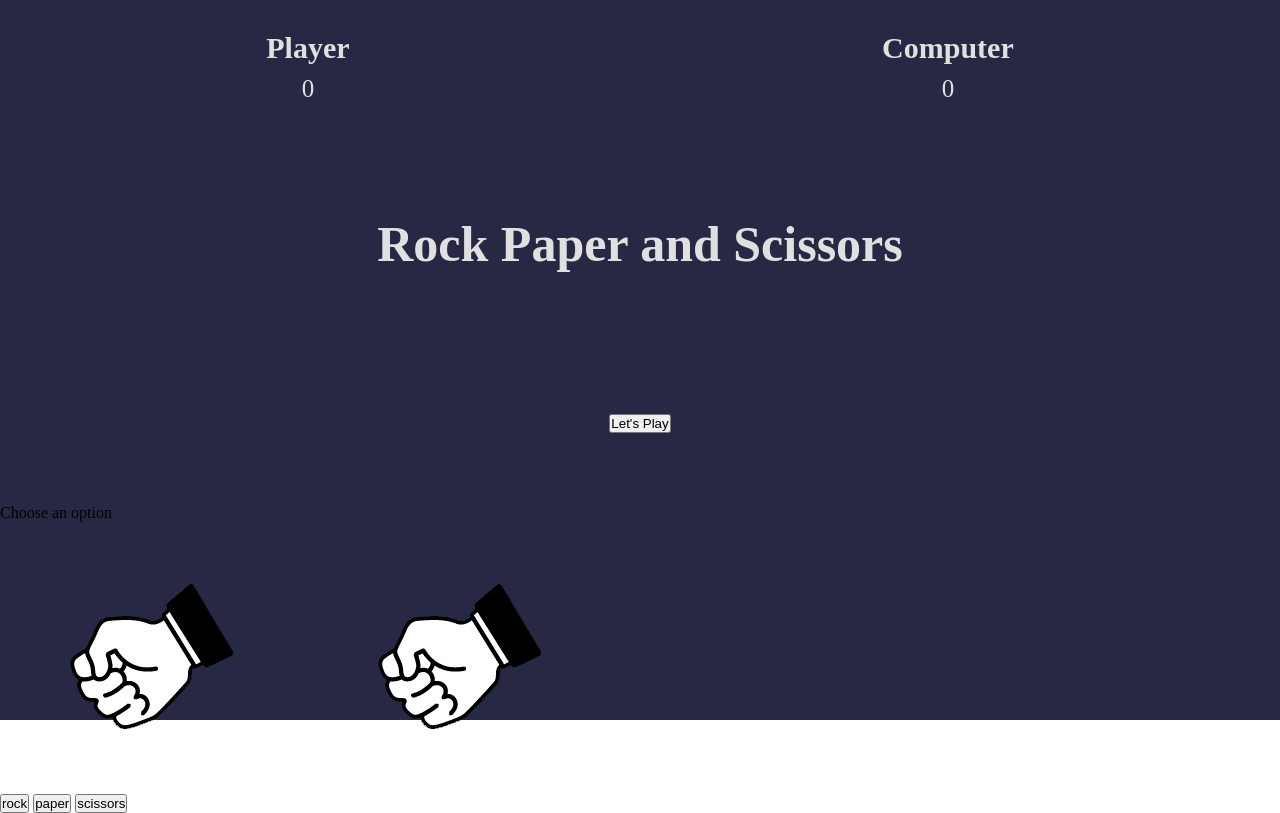
Repository: issaRan/Rock-Paper-Scissors
Page: index.html
These files come from the project's save history. The page is drawn as it stood at one moment and after the next save; the edit follows.
The browser window is 1280 px wide. The pictures show the whole page.

Above is the page before, as saved 2020-10-23 22:34:32.

### index.html
<!DOCTYPE html>
<html lang="en">
<head>
    <meta charset="UTF-8">
    <meta name="viewport" content="width=device-width, initial-scale=1.0">
    <title>Rock Paper Scissors</title>
    <link rel="stylesheet" href="./style.css">
    <script src="app.js"></script>
</head>
<body>
    <section class="game">
        <div class="score">
            <div class="player-score">
                <h2>Player</h2>
                <p>0</p>
            </div>
            <div class="computer-score">
                <h2>Computer</h2>
                <p>0</p>
            </div>
        </div>
        <div class="intro">
            <h1>Rock Paper and Scissors</h1>
            <button>Let's Play</button>
        </div>
        <div class="match">
            <div class="winner">Choose an option</div>
            <div class="hands">
                <img class="player-hand" src="assets/rock.png" alt="">
                <img class="computer-hand" src="assets/rock.png" alt="">
            </div>
            <div class="option"></div>
                <button class="rock">rock</button>
                <button class="paper">paper</button>
                <button class="scissors">scissors</button>
        </div>
    </section>
</body>
</html>

### style.css
*{
    margin: 0;
    padding: 0;
    box-sizing: border-box;
}

section{
    height: 100vh;
    background-color: rgba(39, 41, 68);
    font-family: 'Times New Roman', Times, serif;
}
.score{
    color: rgba(224, 224, 224);
    height: 20vh;
    display: flex;
    justify-content: space-around;
    align-items: center;
}
.score h2 {
    font-size: 30px;
}
.score p {
    text-align: center;
    padding: 10px;
    font-size: 25px;
}

.intro {
    color: rgba(224, 224, 224);
    height: 50vh;
    flex-direction: column;
    display: flex;
    align-items: center;
    justify-content: space-around;
}
.intro h1 {
    font-size: 50px;
}

Loaded but not shown: app.js (no copy from this time; the picture is the same without it)

After the next save:
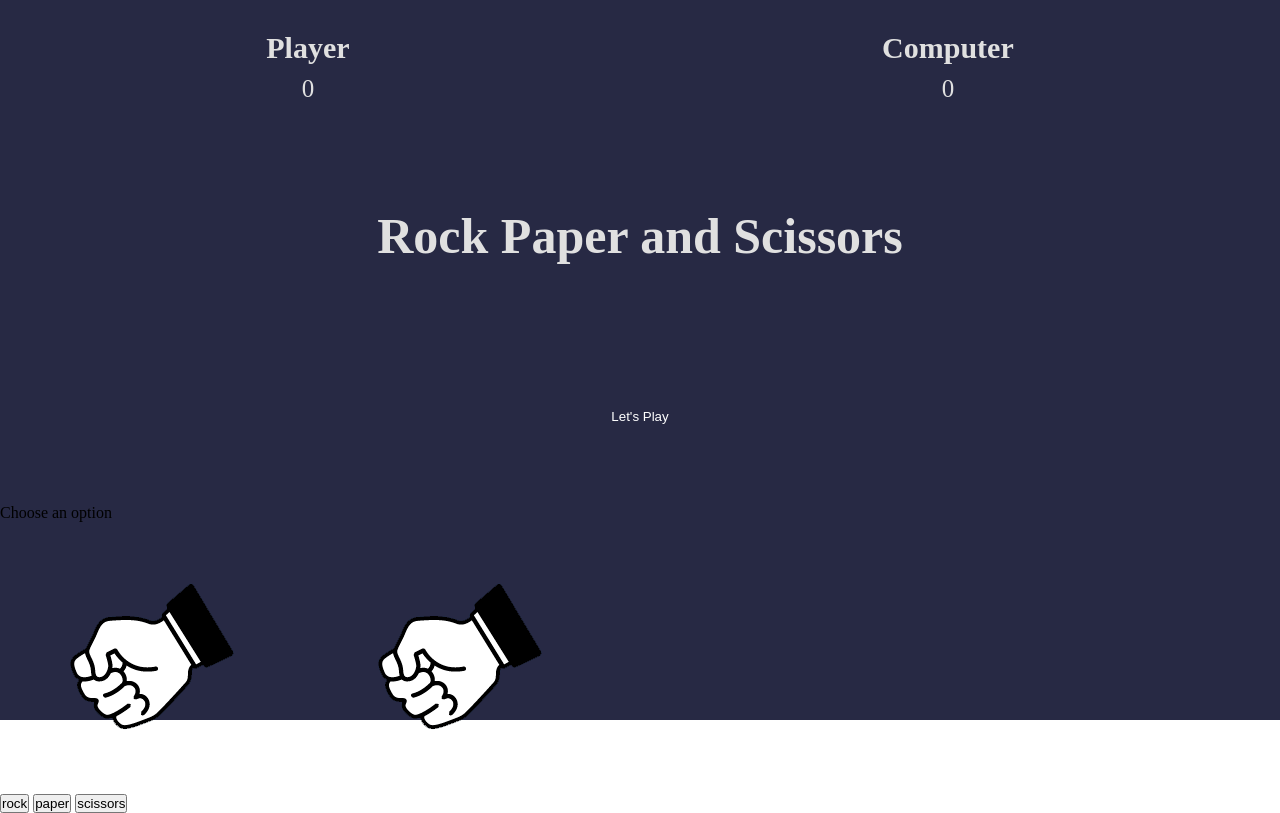
Saved 42 s later.
--- a/style.css
+++ b/style.css
@@ -36,3 +36,10 @@ section{
 .intro h1 {
     font-size: 50px;
 }
+.intro button {
+    width: 150px;
+    height: 50px;
+    background: none;
+    border: none;
+    color: white;
+}
